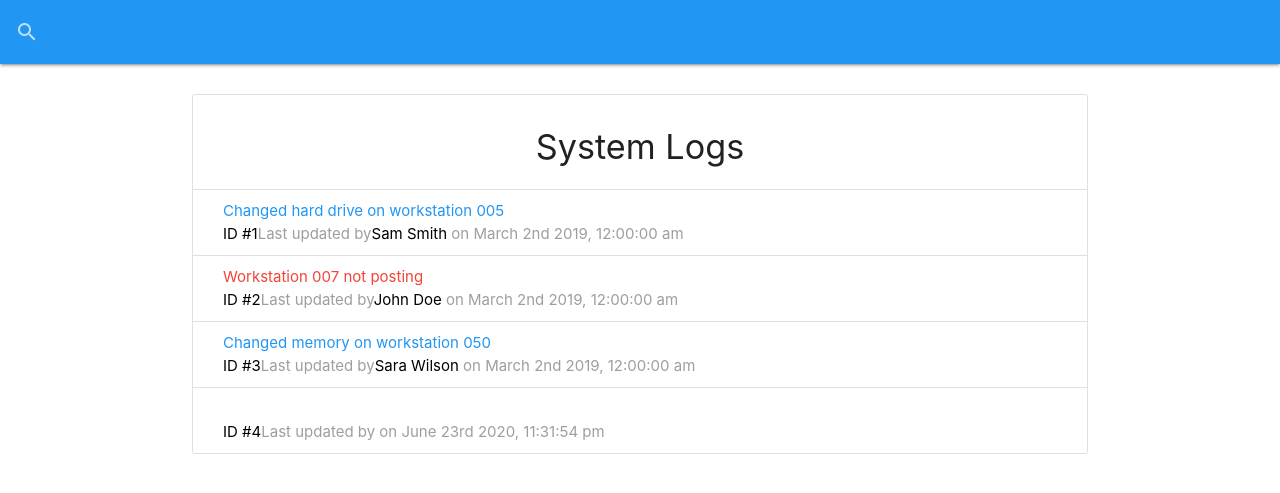
Repository: Takudzwa413/it-logger
Page: /
The author's editor kept a copy of each file at every save. The page is drawn from the files as they stood at one save, then again after the next save.
The browser window is 1280 px wide. The pictures show the whole page.
The project was rebuilt for these pictures with package versions that can differ from the ones it lists, and the page was loaded fresh each time. Requests to the local data server were answered from the project's data file.

Above is the page before, as saved 2020-06-24 03:51:18.

### public/index.html
<!DOCTYPE html>
<html lang="en">
  <head>
    <meta charset="utf-8" />
    <link rel="icon" href="%PUBLIC_URL%/favicon.ico" />
    <meta name="viewport" content="width=device-width, initial-scale=1" />
    <meta name="theme-color" content="#000000" />
    <meta
      name="description"
      content="Web site created using create-react-app"
      />
    <link rel="apple-touch-icon" href="%PUBLIC_URL%/logo192.png" />

    <link rel="manifest" href="%PUBLIC_URL%/manifest.json" />
    <link href="https://fonts.googleapis.com/icon?family=Material+Icons"
      rel="stylesheet">

    <title>IT-LOGGER</title>
  </head>
  <body>
    <noscript>You need to enable JavaScript to run this app.</noscript>
    <div id="root"></div>

  </body>
</html>

### src/App.js
import React, { useEffect, Fragment } from "react";
import SearchBar from "./components/layout/SearchBar";
import Logs from "./components/logs/Logs";

import "materialize-css/dist/css/materialize.min.css";
import M from "materialize-css/dist/js/materialize.min.js";
import "./App.css";

const App = () => {
  useEffect(() => {
    //INIT Materialize
    M.AutoInit();
  });
  return (
    <Fragment>
      <SearchBar />
      <div className='container'>
        <Logs />
      </div>
    </Fragment>
  );
};
export default App;

### src/components/layout/SearchBar.js
import React from "react";

function SearchBar() {
  return (
    <nav style={{ marginBottom: "30px" }} className='blue'>
      <div className='nav-wrapper'>
        <form>
          <div className='input-field'>
            <input id='search' type='search' />
            <label className='label-icon' for='search'>
              <i className='material-icons'>search</i>
            </label>
            <i className='material-icons'>close</i>
          </div>
        </form>
      </div>
    </nav>
  );
}

export default SearchBar;

### src/components/logs/Logs.js
import React, { useEffect, useState } from "react";
import LogItem from "./LogItem";

function Logs() {
  const [logs, setLogs] = useState([]);
  const [loading, setLoading] = useState(false);

  useEffect(() => {
    getLogs();
  }, []);

  const getLogs = async () => {
    setLoading(true);
    const res = await fetch("/logs");
    const data = await res.json();

    setLogs(data);
    setLoading(false);
  };

  if (loading) {
    return <h4>Loading...</h4>;
  }

  return (
    <ul className='collection with-header'>
      <li className='collection-header'>
        <h4 className='center'>System Logs</h4>
      </li>
      {!loading && logs.length === 0 ? (
        <p className='center'>No Logs to show...</p>
      ) : (
        logs.map((log) => <LogItem log={log} key={log.id} />)
      )}
    </ul>
  );
}

export default Logs;

### src/components/logs/LogItem.js
import React from "react";
import Moment from "react-moment";
import PropTypes from "prop-types";

const LogItem = ({ log }) => {
  return (
    <li className='collection-item'>
      <div>
        <a
          href='#edit-log-modal'
          className={`modal-trigger ${
            log.attention ? "red-text" : "blue-text"
          }`}
        >
          {log.message}
        </a>
        <br />
        <span className='grey-text'>
          <span className='black-text'>ID #{log.id}</span>Last updated by{""}
          <span className='black-text'>{log.tech}</span> on{" "}
          <Moment format='MMMM Do YYYY, h:mm:ss a '>{log.date}</Moment>
        </span>
      </div>
    </li>
  );
};

LogItem.propTypes = {
  log: PropTypes.object.isRequired,
};

export default LogItem;

### db.json
{
  "logs": [
    {
      "id": 1,
      "message": "Changed hard drive on workstation 005",
      "attention": false,
      "date": "03-02-2019",
      "tech": "Sam Smith"
    },
    {
      "id": 2,
      "message": "Workstation 007 not posting",
      "attention": true,
      "date": "03-02-2019",
      "tech": "John Doe"
    },
    {
      "id": 3,
      "message": "Changed memory on workstation 050",
      "attention": false,
      "date": "03-02-2019",
      "tech": "Sara Wilson"
    },
    {
      "id": 4
    }
  ],
  "techs": [
    {
      "id": 1,
      "firstName": "John",
      "lastName": "Doe"
    },
    {
      "id": 2,
      "firstName": "Sam",
      "lastName": "Smith"
    },
    {
      "id": 3,
      "firstname": "Sara",
      "lastName": "Wilson"
    }
  ]
}

Loaded but not shown: src/index.js (common file); src/App.css (no stored copy; drawn as an empty file)

After the next save:
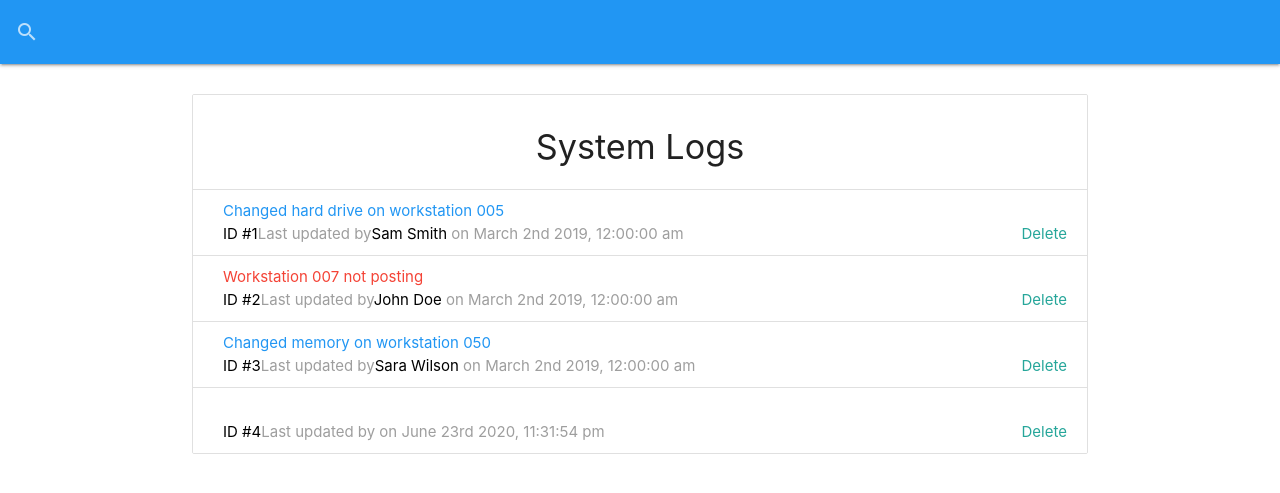
Saved 2 min 20 s later.
--- a/src/components/logs/LogItem.js
+++ b/src/components/logs/LogItem.js
@@ -20,6 +20,9 @@ const LogItem = ({ log }) => {
           <span className='black-text'>{log.tech}</span> on{" "}
           <Moment format='MMMM Do YYYY, h:mm:ss a '>{log.date}</Moment>
         </span>
+        <a href='#!' className='secondary-content'>
+          Delete
+        </a>
       </div>
     </li>
   );
